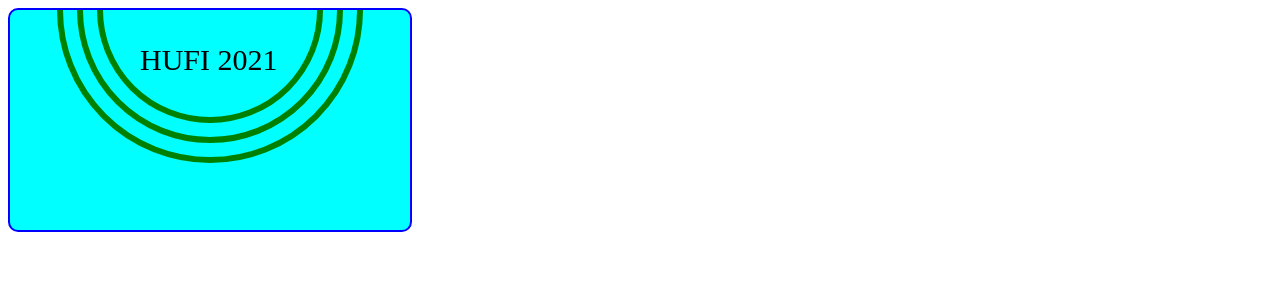
Repository: Tan-Khang21/TH_TKW--Buoi_05
Page: Bai_Tap_Ve_Nha/Bai_02/Canvas11.html
The author's editor kept a copy of each file at every save. The page is drawn from the files as they stood at one save, then again after the next save.
The browser window is 1280 px wide. The pictures show the whole page.

Above is the page before, as saved 2024-03-10 22:25:08.

After the next save:
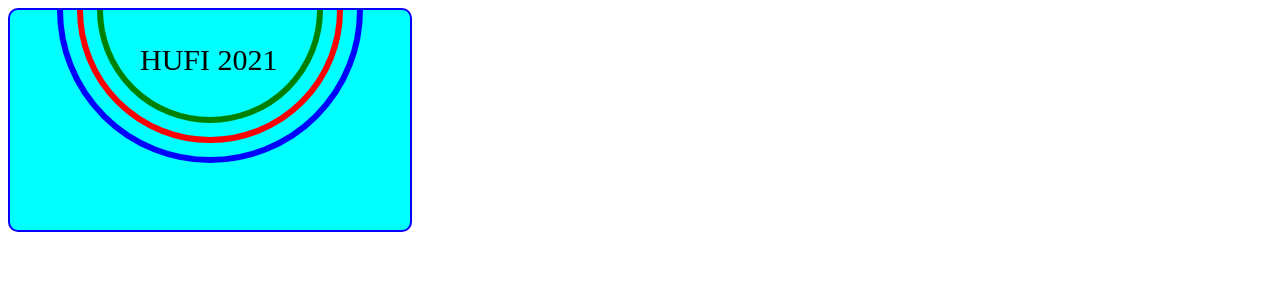
Saved 15 s later.
--- a/Bai_Tap_Ve_Nha/Bai_02/Canvas11.html
+++ b/Bai_Tap_Ve_Nha/Bai_02/Canvas11.html
@@ -30,12 +30,12 @@
       ctx.stroke();
       ctx.beginPath();
       ctx.arc(200, 0, 130, 0, Math.PI);
-      ctx.strokeStyle = "green";
+      ctx.strokeStyle = "red";
       ctx.lineWidth = 6;
       ctx.stroke();
       ctx.beginPath();
       ctx.arc(200, 0, 150, 0, Math.PI);
-      ctx.strokeStyle = "green";
+      ctx.strokeStyle = "blue";
       ctx.lineWidth = 6;
       ctx.stroke();
     </script>
